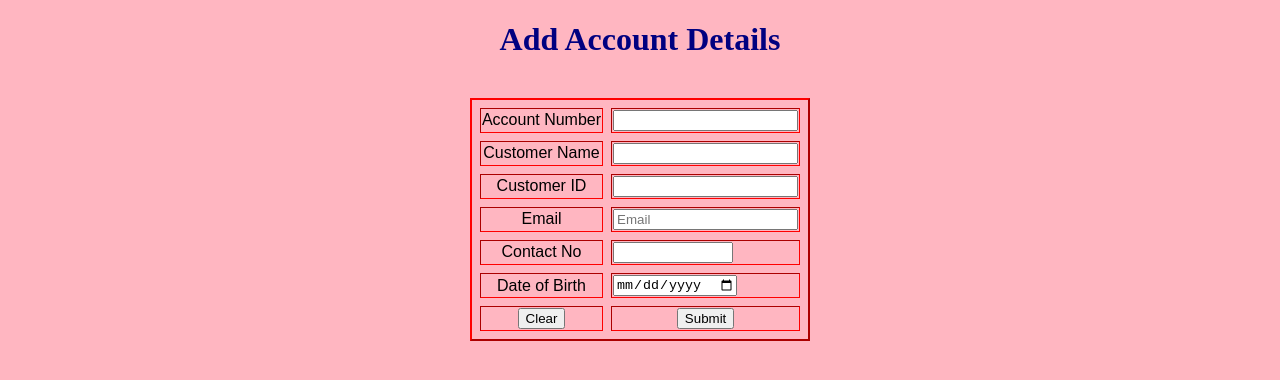
Repository: Rccalfa123/OnlineBankingApp
Page: http://localhost/AlfaAlfaBankApp/updateForm.jsp
The author's editor kept a copy of each file at every save. The page is drawn from the files as they stood at one save, then again after the next save.
The browser window is 1280 px wide. The pictures show the whole page.
The page is served by Tomcat 9.

Above is the page before, as saved 2018-08-13 12:25:36.

After the next save:
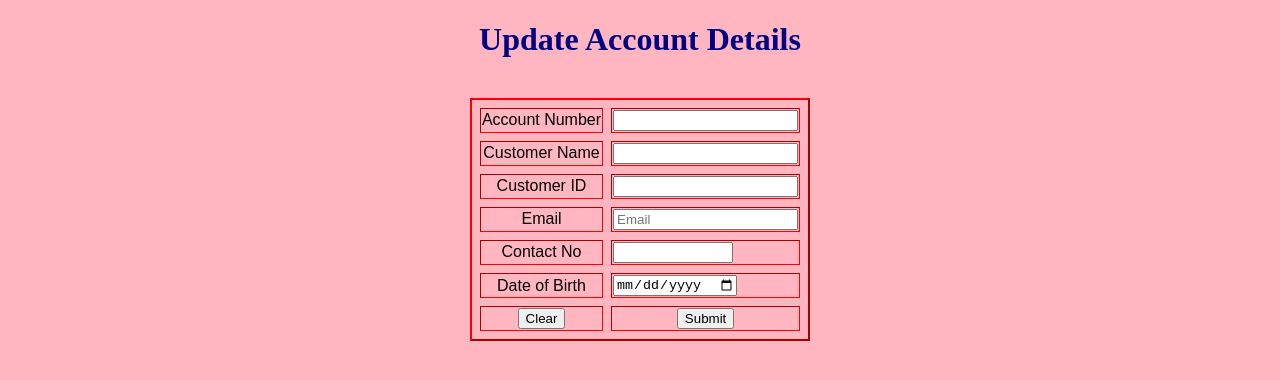
Saved 5 min 8 s later.
--- a/AlfaAlfaBankApp/WebContent/updateForm.jsp
+++ b/AlfaAlfaBankApp/WebContent/updateForm.jsp
@@ -34,7 +34,7 @@
 </head>
 <body>
 	<form action="addNewAccount.app" method="get">
-		<h1 align="center">Add Account Details</h1>
+		<h1 align="center">Update Account Details</h1>
 		<br>
 
 		<table align="center" cellspacing="8" border="2">
